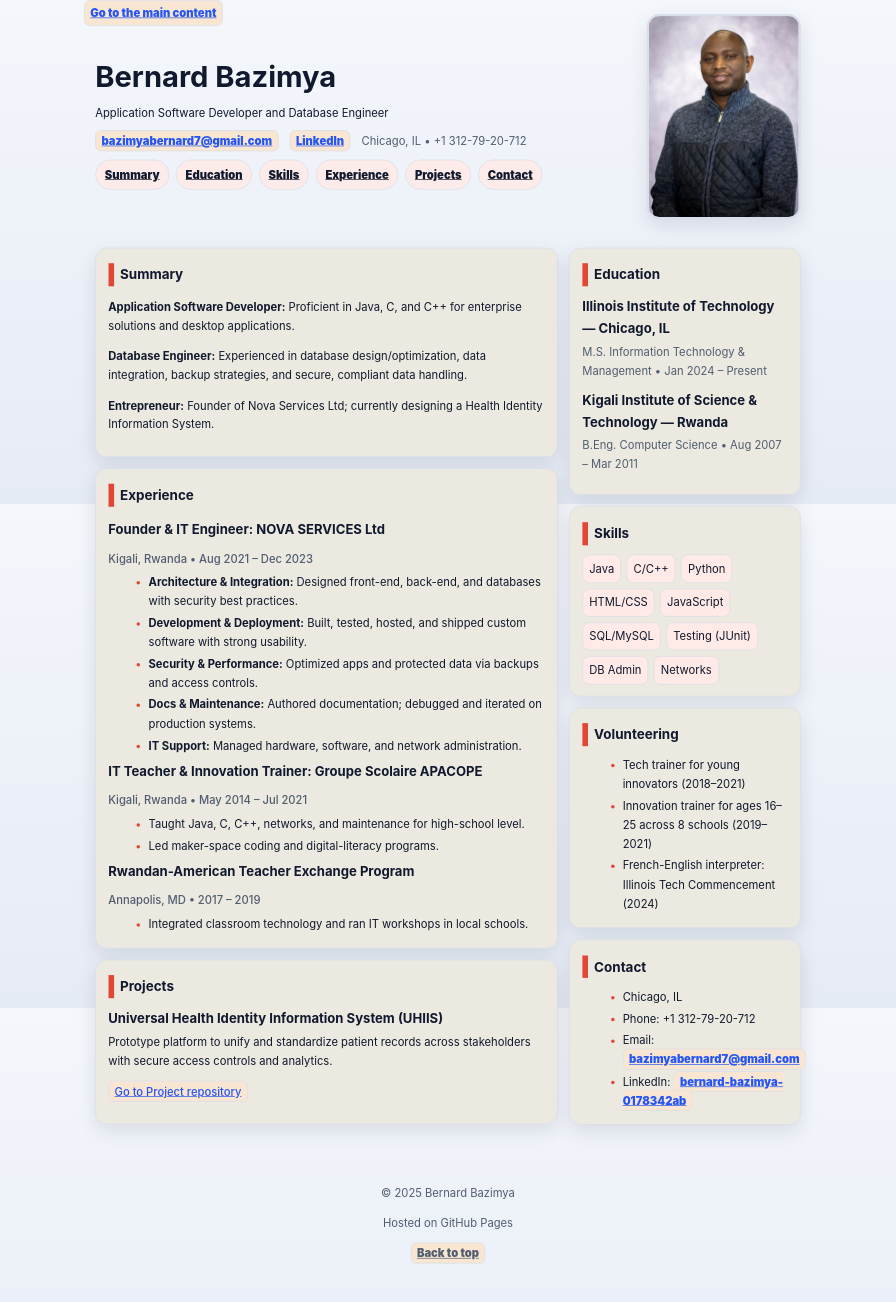
Repository: bbazimya/bernardbazimya-resume
Page: index.html
The author's editor kept a copy of each file at every save. The page is drawn from the files as they stood at one save, then again after the next save.
The browser window is 1280 px wide. The pictures show the whole page, at 70% of full size.
Backgrounds fixed to the window are drawn as part of the page. Some web fonts or font styles are not loaded; a fallback is used.

Above is the page before, as saved 2025-09-14 00:19:11.

### index.html
<!DOCTYPE html>
<html lang="en">
<head>
  <meta charset="utf-8" />
  <meta name="viewport" content="width=device-width, initial-scale=1" />
  <title>Bernard Bazimya-Resume</title>

  <!-- Google Web Fonts: I am using these links -->
  <link rel="preconnect" href="https://fonts.googleapis.com">
<link rel="preconnect" href="https://fonts.gstatic.com" crossorigin>
<link href="https://fonts.googleapis.com/css2?family=FAMILY_NAME:wght@WEIGHT_OR_RANGE&display=swap" rel="stylesheet">


  <!-- For my Styles -->
  <link rel="stylesheet" href="styles.css">
</head>

<body class="page">
 <a class="skiplink" href="#main">Go to the main content</a>

  <!--Header -->
  <header id="top" class="site-header container">
    <div class="header__text">
      <h1 class="site-title">Bernard Bazimya</h1>
      <p class="site-subtitle">Application Software Developer and Database Engineer</p>

      <!-- my contacts -->
      <ul class="contact-inline">
        <li><a href="Mail to:bazimyabernard7@gmail.com">bazimyabernard7@gmail.com</a></li>
        <li><a href="https://www.linkedin.com/in/bernard-bazimya-0178342ab/">LinkedIn</a></li>
        <li><span>Chicago, IL • +1&nbsp;312-79-20-712</span></li>
      </ul>

      <!-- Primary nav -->
      <nav class="nav" aria-label="Resume sections">
        <ul class="nav__list">
          <li class="nav__item"><a class="nav__link" href="#summary">Summary</a></li>
          <li class="nav__item"><a class="nav__link" href="#education">Education</a></li>
          <li class="nav__item"><a class="nav__link" href="#skills">Skills</a></li>
          <li class="nav__item"><a class="nav__link" href="#experience">Experience</a></li>
          <li class="nav__item"><a class="nav__link" href="#projects">Projects</a></li>
          <li class="nav__item"><a class="nav__link" href="#contact">Contact</a></li>
        </ul>

      </nav>
    </div>

    <!--insertion of my profile picture -->
    <figure class="header__photo">
          <img src="PICS/BERNARD_BAZIMYA.PNG" alt="my professional picture" />
      <figcaption class="visually-hidden">Bernard Bazimya profile picture</figcaption>
    </figure>
  </header>

  <!--Main-->
  <main id="main" class="container">
    <div class="layout">
      <!-- Main column -->
      <div class="layout__main">
        <section id="summary" class="card section">
          <h2 class="section__title">Summary</h2>
          <p><strong>Application Software Developer:</strong> Proficient in Java, C, and C++ for enterprise solutions and desktop applications.</p>
          <p><strong>Database Engineer:</strong> Experienced in database design/optimization, data integration, backup strategies, and secure, compliant data handling.</p>
          <p><strong>Entrepreneur:</strong> Founder of Nova Services Ltd; currently designing a Health Identity Information System.</p>
        </section>

        <section id="experience" class="card section">
          <h2 class="section__title">Experience</h2>

          <article class="job">
            <header class="job__header">
              <h3 class="job__title">Founder &amp; IT Engineer: NOVA SERVICES Ltd</h3>
              <p class="job__meta">Kigali, Rwanda • Aug&nbsp;2021 – Dec&nbsp;2023</p>
            </header>
            <ul class="list">
              <li><strong>Architecture &amp; Integration:</strong> Designed front-end, back-end, and databases with security best practices.</li>
              <li><strong>Development &amp; Deployment:</strong> Built, tested, hosted, and shipped custom software with strong usability.</li>
              <li><strong>Security &amp; Performance:</strong> Optimized apps and protected data via backups and access controls.</li>
              <li><strong>Docs &amp; Maintenance:</strong> Authored documentation; debugged and iterated on production systems.</li>
              <li><strong>IT Support:</strong> Managed hardware, software, and network administration.</li>
            </ul>
          </article>

          <article class="job">
            <header class="job__header">
              <h3 class="job__title">IT Teacher &amp; Innovation Trainer: Groupe Scolaire APACOPE</h3>
              <p class="job__meta">Kigali, Rwanda • May&nbsp;2014 – Jul&nbsp;2021</p>
            </header>
            <ul class="list">
              <li>Taught Java, C, C++, networks, and maintenance for high-school level.</li>
              <li>Led maker-space coding and digital-literacy programs.</li>
            </ul>
          </article>

          <article class="job">
            <header class="job__header">
              <h3 class="job__title">Rwandan-American Teacher Exchange Program</h3>
              <p class="job__meta">Annapolis, MD • 2017 – 2019</p>
            </header>
            <ul class="list">
              <li>Integrated classroom technology and ran IT workshops in local schools.</li>
            </ul>
          </article>
        </section>

        <section id="projects" class="card section">
          <h2 class="section__title">Projects</h2>
          <article class="project">
            <h3 class="project__title">Universal Health Identity Information System (UHIIS)</h3>
            <p class="project__desc">Prototype platform to unify and standardize patient records across stakeholders with secure access controls and analytics.</p>
            <p><a class="project__link" href="https://github.com/bbazimya/universal_id">Go to Project repository</a></p>
          </article>
        </section>
      </div>

      <!-- Sidebar column -->
      <aside class="layout__side">
        <section id="education" class="card section">
          <h2 class="section__title">Education</h2>
          <article class="edu">
            <h3 class="edu__school">Illinois Institute of Technology — Chicago, IL</h3>
            <p class="edu__details">M.S. Information Technology &amp; Management • Jan&nbsp;2024 – Present</p>
          </article>
          <article class="edu">
            <h3 class="edu__school">Kigali Institute of Science &amp; Technology — Rwanda</h3>
            <p class="edu__details">B.Eng. Computer Science  • Aug&nbsp;2007 – Mar&nbsp;2011</p>
          </article>
        </section>

        <section id="skills" class="card section">
          <h2 class="section__title">Skills</h2>
          <ul class="tags">
            <li>Java</li><li>C/C++</li><li>Python</li><li>HTML/CSS</li><li>JavaScript</li>
            <li>SQL/MySQL</li><li>Testing (JUnit)</li><li>DB Admin</li><li>Networks</li>
          </ul>
        </section>

		 <section id="volunteering" class="card section">
          <h2 class="section__title">Volunteering</h2>
          <ul class="list">
            <li>Tech trainer for young innovators (2018–2021)</li>
            <li>Innovation trainer for ages 16–25 across 8 schools (2019–2021)</li>
            <li>French-English interpreter: Illinois Tech Commencement (2024)</li>
          </ul>
        </section>

        <section id="contact" class="card section">
          <h2 class="section__title">Contact</h2>
          <ul class="list">
            <li>Chicago, IL</li>
            <li>Phone: +1&nbsp;312-79-20-712</li>
            <li>Email: <a href="Mail to:bazimyabernard7@gmail.com">bazimyabernard7@gmail.com</a></li>
            <li>LinkedIn: <a href="https://www.linkedin.com/in/bernard-bazimya-0178342ab/">bernard-bazimya-0178342ab</a></li>
          </ul>
        </section>


      </aside>
    </div>
  </main>

  <!-- ========= Footer ========= -->
  <footer class="site-footer container">
    <p>&copy; 2025 Bernard Bazimya </p>
	 <p>Hosted on GitHub Pages</p>
    <p><a href="#top">Back to top</a></p>
  </footer>
</body>
</html>

### styles.css
/* Initial color settings*/
:root{
  --bg-start: hsl(219 48% 97%);
  --bg-end:   hsl(219 44% 93%);
  --surface:  hsl(49, 22%, 90%);

  --ink:      hsl(222 47% 12%);
  --muted:    hsl(215 16% 38%);
  --accent:   hsl(6 75% 55%);
  --link:     hsl(226 90% 55%);

  --border:   hsl(214 32% 88%);
  --shadow:   0 10px 28px rgba(14,22,40,.10);
}

@media (prefers-color-scheme: dark){
  :root{
    --bg-start: hsl(222 28% 10%);
    --bg-end:   hsl(222 28% 14%);
    --surface:  hsl(222 28% 18%);

    --ink:      hsl(210 40% 98%);
    --muted:    hsl(218 16% 72%);
    --accent:   hsl(6 75% 60%);
    --link:     hsl(226 90% 70%);

    --border:   hsl(222 18% 30%);
    --shadow:   0 12px 34px rgba(0,0,0,.45);
  }
}

/* Elements  */

*{box-sizing:border-box}

html,body
{height:100%;
}
body{
  margin:0;
  font-family:"Inter",system-ui,-apple-system,Segoe UI,Roboto,Ubuntu,Cantarell,"Helvetica Neue",Arial,sans-serif;
  font-size:16px;
  line-height:1.7;
  color:var(--ink);
  background:linear-gradient(180deg,var(--bg-start),var(--bg-end)) fixed;
}


a{

  color: var(--link);
  font-family: "Inter", system-ui, -apple-system, Segoe UI, Roboto, Arial, sans-serif;
  font-weight: 1000;

  background:hsl(31, 73%, 90%);
  padding: .25rem .5rem;
  border-radius: .5rem;
  border: 1px solid var(--border);
  transition: background .15s ease, color .15s ease, border-color .15s ease, transform .06s ease;
}


a:hover
{text-decoration:underline
}
.visually-hidden{
position:absolute!important;
width:1px;
height:1px;
margin:-1px;
padding:0;
overflow:hidden;
clip:rect(0 0 0 0);
border:0
}

/* ========= Containers / Layout ========= */
.container{max-width:1040px;margin:auto;padding:0 1rem}
.site-header{
  display:flex;gap:1.25rem 1.5rem;align-items:center;flex-wrap:wrap;padding:1.25rem 1rem 0;
}
.header__text{flex:1 1 420px;min-width:260px}
.header__photo{margin:0 0 0 auto;order:2}
.header__photo img{
  width:220px;max-width:42vw;aspect-ratio:3/4;height:auto;
  object-fit:cover;object-position:center;
  border-radius:18px;border:3px solid var(--border);
  box-shadow:var(--shadow);background:#fff;
}

.site-title{font-size:clamp(1.8rem,3.8vw,2.6rem);
margin:.2rem 0 0
}
.site-subtitle{
	color:var(--ink);
	margin:.25rem 0 .75rem
	}

.contact-inline{list-style:none;margin:.8rem 0 0;
padding:0;display:flex;flex-wrap:wrap;gap:.6rem 1rem;
color:var(--muted)}
.contact-inline a{color:var(--link)}
a:hover{background:var(--accent);border-color:var(--accent);color:#fff;transform:translateY(-1px)}


.nav__list{
list-style:none;margin:.75rem 0 0;
padding:0;
display:flex;flex-wrap:wrap;gap:.5rem .6rem}
.nav__link{
  display:inline-block;
  padding:.45rem .8rem;
  border:1px solid var(--border);
  border-radius:999px;
  background:var(--surface);
  color:var(--ink);
  background-color:hsl(9, 76%, 95%);
  transition:transform .06s ease, border-color .15s ease, color .15s ease, background .15s ease;
}
.nav__link:hover{background:var(--accent);border-color:var(--accent);color:#fff;transform:translateY(-1px)}

/* Main grid */
.layout{display:grid;gap:1rem;margin:1rem 0 2rem}
.layout__main{min-width:0}
.layout__side{min-width:0}
@media (min-width:960px){
  .layout{grid-template-columns:2fr 1fr}
}

/* Sections / Cards*/
.card{
  background:var(--surface);
  border:1px solid var(--border);
  border-radius:16px;
  padding:1.1rem 1.1rem 1rem;
  box-shadow:var(--shadow);
}
.section{margin:1rem 0}
.section__title{
  margin:.25rem 0 .85rem;
  font-size:1.2rem;font-weight:700;
  border-left:8px solid var(--accent);
  padding-left:.55rem;
}

/*  Lists / Tags */
.list{margin:.4rem 0 .25rem 1.1rem}
.list li{margin:.25rem 0}
.list li::marker{color:var(--accent)}

.tags{display:flex;flex-wrap:wrap;gap:.5rem;list-style:none;margin:.25rem 0 0;padding:0}
.tags li{
  padding:.35rem .55rem;border-radius:10px;
  background:color-mix(in oklab, var(--accent) 12%, white 88%);
  color:var(--ink);border:1px solid var(--border);
}

/*Blocks*/
.job__header{display:flex;justify-content:space-between;align-items:flex-end;gap:.75rem;flex-wrap:wrap}
.job__title{margin:.2rem 0 0;font-weight:700}
.job__meta{margin:0;color:var(--muted);font-weight:500}

.edu{margin:.4rem 0 .8rem}
.edu__school{margin:.2rem 0 0}
.edu__details{margin:.2rem 0 0;color:var(--muted)}

.project__title{margin:.2rem 0 .25rem}
.project__desc{margin:.2rem 0 .5rem}
.project__link{font-weight:500}

/*Footer*/
.site-footer{padding:1.25rem 1rem 2.5rem;text-align:center;color:var(--muted)}
.site-footer a{color:inherit;text-decoration:underline}

/*Skiplink*/
.skiplink{
  position:absolute;left:120px;top:auto;width:auto;height:auto;
}

.skiplink:hover{
 background:var(--accent);border-color:var(--accent);color:#fff;transform:translateY(-1px)
}

/* for print */
@media print{
  :root{--bg-start:#fff;--bg-end:#fff;--surface:#fff;--border:#ddd}
  body{background:#fff;font-size:12px}
  .nav,.skiplink,.site-footer{display:none}
  .container{max-width:100%;padding:0}
  .card{box-shadow:none;border-color:#ccc}
  .header__photo img{border:none;box-shadow:none}
}

After the next save:
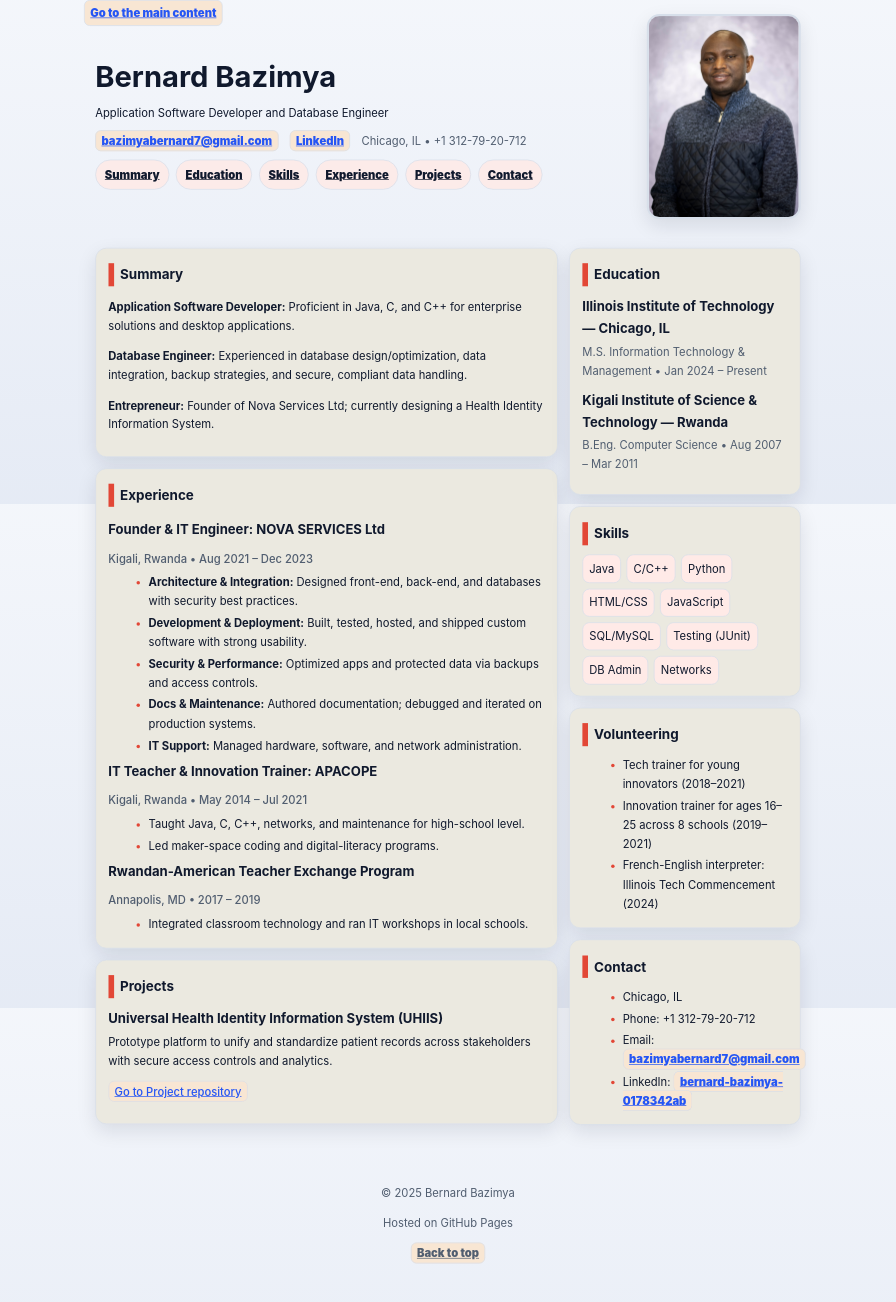
Saved 11 s later.
--- a/index.html
+++ b/index.html
@@ -83,7 +83,7 @@
 
           <article class="job">
             <header class="job__header">
-              <h3 class="job__title">IT Teacher &amp; Innovation Trainer: Groupe Scolaire APACOPE</h3>
+              <h3 class="job__title">IT Teacher &amp; Innovation Trainer: APACOPE</h3>
               <p class="job__meta">Kigali, Rwanda • May&nbsp;2014 – Jul&nbsp;2021</p>
             </header>
             <ul class="list">
